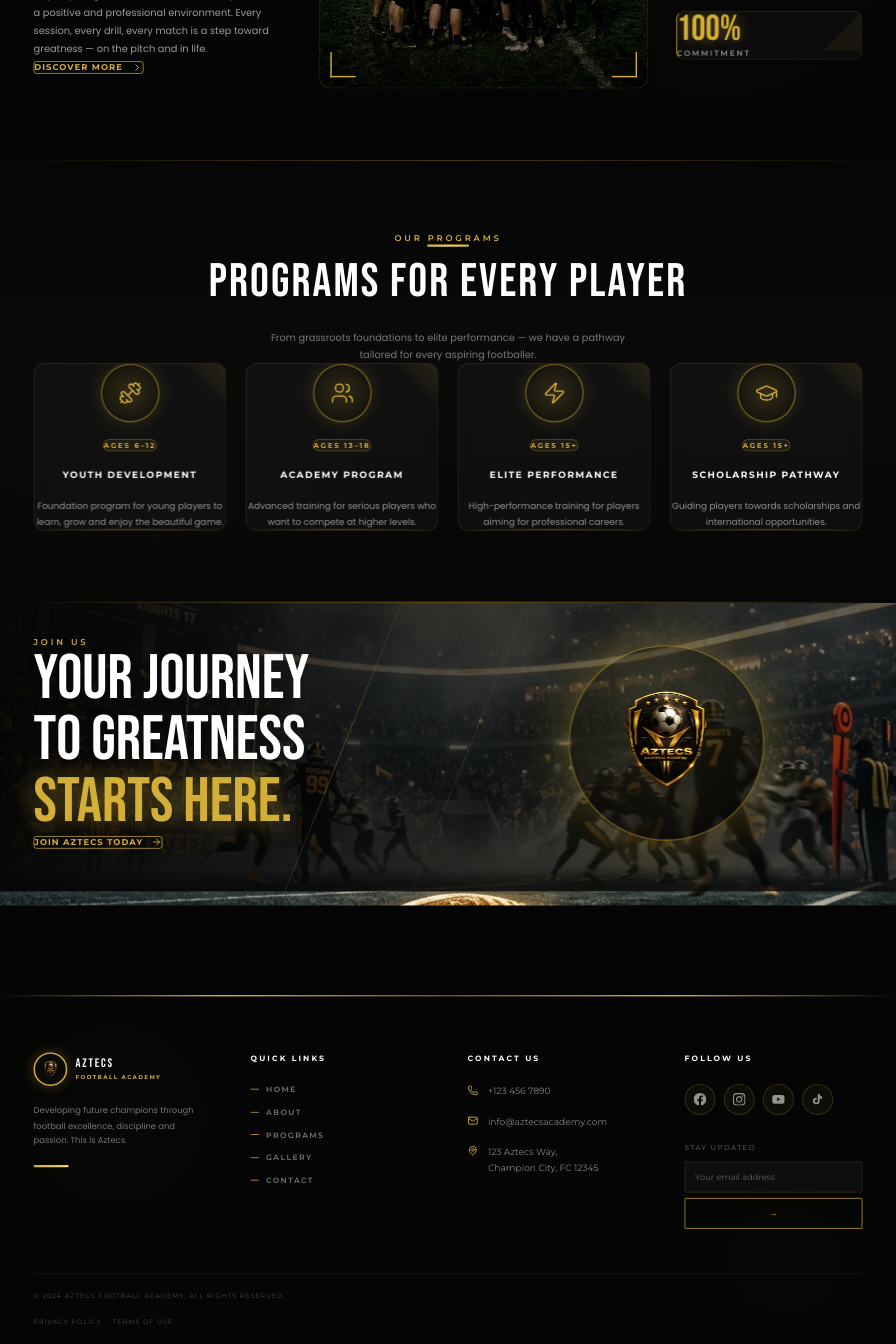
Repository: rahilkk2/aztecs-football
Page: /
An editor plug-in stored every save of this project. The page is shown before and after the next save, followed by the edit.
The browser window is 1280 px wide. The pictures show the part of the page from y = 1618 to 3538 px (the page is 3538 px tall before and 3512 px after), at 70% of full size.
The project was rebuilt for these pictures with package versions that can differ from the ones it lists, and the page was loaded fresh each time. Also part of the build but not shown: vite.config.js.

Above is the page before, as saved 2026-05-20 00:30:24.

### index.html
<!doctype html>
<html lang="en">
  <head>
    <meta charset="UTF-8" />
    <link rel="icon" type="image/png" href="/logo.png" />
    <meta name="viewport" content="width=device-width, initial-scale=1.0" />
    <link rel="preconnect" href="https://fonts.googleapis.com" />
    <link rel="preconnect" href="https://fonts.gstatic.com" crossorigin />
    <link href="https://fonts.googleapis.com/css2?family=Bebas+Neue&family=Montserrat:ital,wght@0,300;0,400;0,500;0,600;0,700;0,800;0,900;1,400&family=Poppins:wght@300;400;500;600;700;800&display=swap" rel="stylesheet" />
    <meta name="description" content="Aztecs Football Academy — Building champions on and off the pitch. Elite training, player development, and a clear pathway to success for young football players." />
    <meta name="keywords" content="football academy, Aztecs, elite training, youth football, soccer academy, player development, scholarship pathway" />
    <meta property="og:title" content="Aztecs Football Academy — Building Champions" />
    <meta property="og:description" content="Elite football training with discipline, values and a pathway to success. Join Aztecs Football Academy today." />
    <meta property="og:type" content="website" />
    <meta name="theme-color" content="#d4af37" />
    <title>Aztecs Football Academy — Building Champions On & Off The Pitch</title>
  </head>
  <body>
    <div id="root"></div>
    <script type="module" src="/src/main.jsx"></script>
  </body>
</html>

### src/App.jsx
import Navbar from './components/Navbar';
import Hero from './components/Hero';
import Features from './components/Features';
import About from './components/About';
import Programs from './components/Programs';
import CallToAction from './components/CallToAction';
import Footer from './components/Footer';

// Reusable gold gradient divider between sections
const GoldDivider = () => (
  <div className="section-gold-divider" />
);

function App() {
  return (
    <div style={{ background: '#050505', minHeight: '100vh' }}>
      <Navbar />
      <Hero />
      <GoldDivider />
      <Features />
      <GoldDivider />
      <About />
      <GoldDivider />
      <Programs />
      <GoldDivider />
      <CallToAction />
      <Footer />
    </div>
  );
}

export default App;

### src/components/Navbar.jsx
import { useState, useEffect } from 'react';
import { Menu, X } from 'lucide-react';

const navLinks = ['Home', 'About', 'Programs', 'Academy', 'Gallery', 'Contact'];

export default function Navbar() {
  const [scrolled, setScrolled] = useState(false);
  const [menuOpen, setMenuOpen] = useState(false);

  useEffect(() => {
    const onScroll = () => setScrolled(window.scrollY > 60);
    window.addEventListener('scroll', onScroll);
    return () => window.removeEventListener('scroll', onScroll);
  }, []);

  const handleNavClick = (link) => {
    setMenuOpen(false);
    const target = document.getElementById(link.toLowerCase());
    if (target) target.scrollIntoView({ behavior: 'smooth' });
    else window.scrollTo({ top: 0, behavior: 'smooth' });
  };

  return (
    <nav
      className={`fixed top-0 left-0 right-0 z-50 transition-all duration-500 ${
        scrolled
          ? 'bg-black/96 backdrop-blur-lg border-b border-yellow-600/20 py-3 shadow-2xl'
          : 'bg-transparent backdrop-blur-sm py-5'
      }`}
    >
      <div className="page-container flex items-center justify-between">

        {/* ── Logo ── */}
        <div
          className="flex items-center gap-2 sm:gap-3 cursor-pointer shrink-0"
          onClick={() => window.scrollTo({ top: 0, behavior: 'smooth' })}
        >
          {/* Logo image – object-contain so the full shield shows */}
          <div
            className="w-9 sm:w-11 h-9 sm:h-11 rounded-full overflow-hidden border-2 border-yellow-500/60 flex items-center justify-center shrink-0"
            style={{ boxShadow: '0 0 14px rgba(212,175,55,0.3)', background: '#0a0a0a' }}
          >
            <img
              src="/logo.png"
              alt="Aztecs Logo"
              className="w-full h-full object-contain"
            />
          </div>
          <div className="leading-none hidden sm:block">
            <div
              className="text-white text-lg sm:text-xl tracking-[2px] sm:tracking-[3px] font-black"
              style={{ fontFamily: "'Bebas Neue', cursive" }}
            >
              AZTECS
            </div>
            <div className="text-yellow-500 text-[8px] sm:text-[9px] font-bold tracking-[2px] sm:tracking-[3px] uppercase mt-0.5">
              Football Academy
            </div>
          </div>
        </div>

        {/* ── Desktop Nav Links ── */}
        <ul className="hidden lg:flex items-center gap-9">
          {navLinks.map((link) => (
            <li key={link}>
              <button
                onClick={() => handleNavClick(link)}
                className="text-white/75 hover:text-yellow-400 text-[11px] font-semibold tracking-[2.5px] uppercase transition-all duration-300 relative group"
              >
                {link}
                <span className="absolute -bottom-1 left-0 w-0 h-[1.5px] bg-yellow-500 transition-all duration-300 group-hover:w-full" />
              </button>
            </li>
          ))}
        </ul>

        {/* ── CTA + Hamburger ── */}
        <div className="flex items-center gap-3 sm:gap-4 shrink-0">
          <button
            onClick={() => handleNavClick('Contact')}
            className="btn-gold hidden sm:block px-4 sm:px-6 py-2 sm:py-2.5 text-[9px] sm:text-[11px] rounded-sm tracking-widest"
          >
            JOIN NOW
          </button>
          <button
            className="lg:hidden text-white hover:text-yellow-400 transition-colors p-2"
            onClick={() => setMenuOpen(!menuOpen)}
            aria-label="Toggle menu"
          >
            {menuOpen ? <X size={24} /> : <Menu size={24} />}
          </button>
        </div>
      </div>

      {/* ── Mobile Menu ── */}
      <div
        className={`lg:hidden transition-all duration-500 overflow-hidden ${
          menuOpen ? 'max-h-[500px] opacity-100' : 'max-h-0 opacity-0'
        }`}
      >
        <div className="bg-black/98 border-t border-yellow-600/20 px-4 sm:px-6 py-5 flex flex-col gap-4">
          {navLinks.map((link) => (
            <button
              key={link}
              onClick={() => handleNavClick(link)}
              className="text-white/70 hover:text-yellow-400 text-sm font-semibold tracking-[2px] uppercase text-left transition-colors py-2 border-b border-white/5 pb-3"
            >
              {link}
            </button>
          ))}
          <button
            onClick={() => handleNavClick('Contact')}
            className="btn-gold px-4 py-3 text-xs rounded-sm mt-2 w-full sm:w-fit tracking-widest"
          >
            JOIN NOW
          </button>
        </div>
      </div>
    </nav>
  );
}

### src/components/Footer.jsx
import { motion } from 'framer-motion';
import { Phone, Mail, MapPin } from 'lucide-react';

const quickLinks = ['Home', 'About', 'Programs', 'Gallery', 'Contact'];

const FacebookIcon = () => (
  <svg width="18" height="18" viewBox="0 0 24 24" fill="currentColor">
    <path d="M24 12.073c0-6.627-5.373-12-12-12s-12 5.373-12 12c0 5.99 4.388 10.954 10.125 11.854v-8.385H7.078v-3.47h3.047V9.43c0-3.007 1.792-4.669 4.533-4.669 1.312 0 2.686.235 2.686.235v2.953H15.83c-1.491 0-1.956.925-1.956 1.874v2.25h3.328l-.532 3.47h-2.796v8.385C19.612 23.027 24 18.062 24 12.073z" />
  </svg>
);

const InstagramIcon = () => (
  <svg width="18" height="18" viewBox="0 0 24 24" fill="currentColor">
    <path d="M12 2.163c3.204 0 3.584.012 4.85.07 3.252.148 4.771 1.691 4.919 4.919.058 1.265.069 1.645.069 4.849 0 3.205-.012 3.584-.069 4.849-.149 3.225-1.664 4.771-4.919 4.919-1.266.058-1.644.07-4.85.07-3.204 0-3.584-.012-4.849-.07-3.26-.149-4.771-1.699-4.919-4.92-.058-1.265-.07-1.644-.07-4.849 0-3.204.013-3.583.07-4.849.149-3.227 1.664-4.771 4.919-4.919 1.266-.057 1.645-.069 4.849-.069zm0-2.163c-3.259 0-3.667.014-4.947.072-4.358.2-6.78 2.618-6.98 6.98-.059 1.281-.073 1.689-.073 4.948 0 3.259.014 3.668.072 4.948.2 4.358 2.618 6.78 6.98 6.98 1.281.058 1.689.072 4.948.072 3.259 0 3.668-.014 4.948-.072 4.354-.2 6.782-2.618 6.979-6.98.059-1.28.073-1.689.073-4.948 0-3.259-.014-3.667-.072-4.947-.196-4.354-2.617-6.78-6.979-6.98-1.281-.059-1.69-.073-4.949-.073zm0 5.838c-3.403 0-6.162 2.759-6.162 6.162s2.759 6.163 6.162 6.163 6.162-2.759 6.162-6.163c0-3.403-2.759-6.162-6.162-6.162zm0 10.162c-2.209 0-4-1.79-4-4 0-2.209 1.791-4 4-4s4 1.791 4 4c0 2.21-1.791 4-4 4zm6.406-11.845c-.796 0-1.441.645-1.441 1.44s.645 1.44 1.441 1.44c.795 0 1.439-.645 1.439-1.44s-.644-1.44-1.439-1.44z" />
  </svg>
);

const YoutubeIcon = () => (
  <svg width="18" height="18" viewBox="0 0 24 24" fill="currentColor">
    <path d="M23.495 6.205a3.007 3.007 0 0 0-2.088-2.088c-1.87-.501-9.396-.501-9.396-.501s-7.507-.01-9.396.501A3.007 3.007 0 0 0 .527 6.205a31.247 31.247 0 0 0-.522 5.805 31.247 31.247 0 0 0 .522 5.783 3.007 3.007 0 0 0 2.088 2.088c1.868.502 9.396.502 9.396.502s7.506 0 9.396-.502a3.007 3.007 0 0 0 2.088-2.088 31.247 31.247 0 0 0 .5-5.783 31.247 31.247 0 0 0-.5-5.805zM9.609 15.601V8.408l6.264 3.602z" />
  </svg>
);

const TikTokIcon = () => (
  <svg width="18" height="18" viewBox="0 0 24 24" fill="currentColor">
    <path d="M19.59 6.69a4.83 4.83 0 0 1-3.77-4.25V2h-3.45v13.67a2.89 2.89 0 0 1-2.88 2.5 2.89 2.89 0 0 1-2.89-2.89 2.89 2.89 0 0 1 2.89-2.89c.28 0 .54.04.79.1V9.01a6.34 6.34 0 0 0-.79-.05 6.34 6.34 0 0 0-6.34 6.34 6.34 6.34 0 0 0 6.34 6.34 6.34 6.34 0 0 0 6.33-6.34V9.83a8.18 8.18 0 0 0 4.78 1.52V7.91a4.85 4.85 0 0 1-1.01-.22z" />
  </svg>
);

const socialLinks = [
  { icon: FacebookIcon, label: 'Facebook', href: '#' },
  { icon: InstagramIcon, label: 'Instagram', href: '#' },
  { icon: YoutubeIcon, label: 'YouTube', href: '#' },
  { icon: TikTokIcon, label: 'TikTok', href: '#' },
];

export default function Footer() {
  const handleNavClick = (link) => {
    const target = document.getElementById(link.toLowerCase());
    if (target) target.scrollIntoView({ behavior: 'smooth' });
    else window.scrollTo({ top: 0, behavior: 'smooth' });
  };

  return (
    <footer
      id="contact"
      style={{
        background: '#050505',
        marginTop: '8rem',
        position: 'relative',
        overflow: 'hidden',
      }}
    >
      {/* ── Top gold gradient line ── */}
      <div
        style={{
          height: '2px',
          background: 'linear-gradient(to right, transparent, #d4af37, rgba(212,175,55,0.5), #d4af37, transparent)',
        }}
      />

      {/* ── Subtle BG glows ── */}
      <div style={{ position: 'absolute', inset: 0, pointerEvents: 'none' }}>
        <div className="spotlight" style={{ width: '500px', height: '500px', top: '-80px', left: '-80px', opacity: 0.05 }} />
        <div className="spotlight" style={{ width: '400px', height: '400px', bottom: '-80px', right: '-40px', opacity: 0.04 }} />
      </div>

      {/* ── Main grid ── */}
      <div className="page-container">
        <div className="footer-grid">

          {/* Brand */}
          <div>
            <div
              style={{ display: 'flex', alignItems: 'center', gap: '12px', marginBottom: '1.5rem', cursor: 'pointer' }}
              onClick={() => window.scrollTo({ top: 0, behavior: 'smooth' })}
            >
              <div
                style={{
                  width: '48px', height: '48px',
                  borderRadius: '50%', overflow: 'hidden',
                  border: '2px solid #d4af37',
                  boxShadow: '0 0 18px rgba(212,175,55,0.3)',
                  background: '#0a0a0a',
                  flexShrink: 0,
                  display: 'flex', alignItems: 'center', justifyContent: 'center',
                }}
              >
                <img src="/logo.png" alt="Aztecs Logo" style={{ width: '100%', height: '100%', objectFit: 'contain' }} />
              </div>
              <div>
                <div style={{ fontFamily: "'Bebas Neue', cursive", letterSpacing: '2.5px', color: '#fff', fontSize: '1.1rem', lineHeight: 1 }}>
                  AZTECS
                </div>
                <div style={{ color: '#d4af37', fontSize: '8px', fontWeight: 700, letterSpacing: '2px', textTransform: 'uppercase', marginTop: '4px' }}>
                  Football Academy
                </div>
              </div>
            </div>

            <p style={{ fontFamily: "'Poppins', sans-serif", fontSize: '0.75rem', color: 'rgba(255,255,255,0.45)', lineHeight: '1.8', maxWidth: '260px' }}>
              Developing future champions through football excellence, discipline and passion. This is Aztecs.
            </p>

            {/* Gold accent bar */}
            <div style={{ width: '50px', height: '3px', background: 'linear-gradient(to right, #d4af37, #f0d060)', borderRadius: '2px', marginTop: '1.5rem' }} />
          </div>

          {/* Quick Links */}
          <div>
            <h4 style={{ fontFamily: "'Montserrat', sans-serif", fontSize: '11px', fontWeight: 700, letterSpacing: '3px', textTransform: 'uppercase', color: '#fff', marginBottom: '1.75rem' }}>
              Quick Links
            </h4>
            <ul style={{ display: 'flex', flexDirection: 'column', gap: '1rem', listStyle: 'none' }}>
              {quickLinks.map((link) => (
                <li key={link}>
                  <button
                    onClick={() => handleNavClick(link)}
                    style={{
                      fontFamily: "'Montserrat', sans-serif",
                      fontSize: '11px',
                      fontWeight: 600,
                      letterSpacing: '2px',
                      textTransform: 'uppercase',
                      color: 'rgba(255,255,255,0.45)',
                      background: 'none',
                      border: 'none',
                      cursor: 'pointer',
                      padding: 0,
                      transition: 'color 0.3s',
                      display: 'flex',
                      alignItems: 'center',
                      gap: '10px',
                    }}
                    onMouseEnter={e => e.currentTarget.style.color = '#d4af37'}
                    onMouseLeave={e => e.currentTarget.style.color = 'rgba(255,255,255,0.45)'}
                  >
                    <span style={{ width: '12px', height: '1px', background: '#d4af37', display: 'inline-block', flexShrink: 0 }} />
                    {link}
                  </button>
                </li>
              ))}
            </ul>
          </div>

          {/* Contact */}
          <div>
            <h4 style={{ fontFamily: "'Montserrat', sans-serif", fontSize: '11px', fontWeight: 700, letterSpacing: '3px', textTransform: 'uppercase', color: '#fff', marginBottom: '1.75rem' }}>
              Contact Us
            </h4>
            <ul style={{ display: 'flex', flexDirection: 'column', gap: '1.4rem', listStyle: 'none' }}>
              <li style={{ display: 'flex', alignItems: 'flex-start', gap: '14px' }}>
                <Phone size={15} style={{ color: '#d4af37', marginTop: '2px', flexShrink: 0 }} />
                <span style={{ fontSize: '13px', color: 'rgba(255,255,255,0.5)', lineHeight: '1.6' }}>+123 456 7890</span>
              </li>
              <li style={{ display: 'flex', alignItems: 'flex-start', gap: '14px' }}>
                <Mail size={15} style={{ color: '#d4af37', marginTop: '2px', flexShrink: 0 }} />
                <span style={{ fontSize: '13px', color: 'rgba(255,255,255,0.5)', lineHeight: '1.6' }}>info@aztecsacademy.com</span>
              </li>
              <li style={{ display: 'flex', alignItems: 'flex-start', gap: '14px' }}>
                <MapPin size={15} style={{ color: '#d4af37', marginTop: '2px', flexShrink: 0 }} />
                <span style={{ fontSize: '13px', color: 'rgba(255,255,255,0.5)', lineHeight: '1.7' }}>
                  123 Aztecs Way,<br />Champion City, FC 12345
                </span>
              </li>
            </ul>
          </div>

          {/* Social + Newsletter */}
          <div>
            <h4 style={{ fontFamily: "'Montserrat', sans-serif", fontSize: '11px', fontWeight: 700, letterSpacing: '3px', textTransform: 'uppercase', color: '#fff', marginBottom: '1.75rem' }}>
              Follow Us
            </h4>

            <div style={{ display: 'flex', gap: '12px', flexWrap: 'wrap', marginBottom: '2.5rem' }}>
              {socialLinks.map(({ icon: Icon, label, href }) => (
                <motion.a
                  key={label}
                  href={href}
                  aria-label={label}
                  style={{
                    width: '44px', height: '44px',
                    borderRadius: '50%',
                    display: 'flex', alignItems: 'center', justifyContent: 'center',
                    color: 'rgba(255,255,255,0.55)',
                    border: '1px solid rgba(212,175,55,0.28)',
                    background: 'rgba(212,175,55,0.05)',
                    textDecoration: 'none',
                    transition: 'all 0.3s',
                  }}
                  whileHover={{
                    scale: 1.12,
                    borderColor: '#d4af37',
                    boxShadow: '0 0 18px rgba(212,175,55,0.28)',
                    color: '#d4af37',
                  }}
                >
                  <Icon />
                </motion.a>
              ))}
            </div>

            {/* Newsletter */}
            <div>
              <p style={{ fontSize: '10px', color: 'rgba(255,255,255,0.4)', letterSpacing: '2px', textTransform: 'uppercase', marginBottom: '12px' }}>
                Stay Updated
              </p>
              <div style={{ display: 'flex', gap: '8px', flexDirection: 'column', minWidth: '0' }}>
                <input
                  type="email"
                  placeholder="Your email address"
                  style={{
                    flex: 1,
                    background: 'rgba(255,255,255,0.04)',
                    border: '1px solid rgba(212,175,55,0.2)',
                    borderRadius: '2px',
                    padding: '10px 14px',
                    fontSize: '12px',
                    color: 'rgba(255,255,255,0.65)',
                    outline: 'none',
                    minHeight: '44px',
                    width: '100%',
                  }}
                  onFocus={e => e.target.style.borderColor = 'rgba(212,175,55,0.5)'}
                  onBlur={e => e.target.style.borderColor = 'rgba(212,175,55,0.2)'}
                />
                <button className="btn-gold" style={{ padding: '10px 16px', fontSize: '13px', borderRadius: '2px', minHeight: '44px' }}>→</button>
              </div>
            </div>
          </div>
        </div>

        {/* ── Bottom bar ── */}
        <div
          style={{
            borderTop: '1px solid rgba(212,175,55,0.12)',
            paddingTop: '1.5rem',
            paddingBottom: '1.5rem',
            display: 'flex',
            flexDirection: 'column',
            alignItems: 'flex-start',
            justifyContent: 'space-between',
            gap: '1.5rem',
            flexWrap: 'wrap',
          }}
        >
          <p style={{ fontSize: '9px', letterSpacing: '1.5px', textTransform: 'uppercase', color: 'rgba(255,255,255,0.28)' }}>
            © 2024 Aztecs Football Academy. All Rights Reserved.
          </p>
          <div style={{ display: 'flex', gap: '16px', flexWrap: 'wrap' }}>
            {['Privacy Policy', 'Terms of Use'].map((item) => (
              <button
                key={item}
                style={{
                  fontSize: '9px', letterSpacing: '1.5px',
                  textTransform: 'uppercase', color: 'rgba(255,255,255,0.28)',
                  background: 'none', border: 'none', cursor: 'pointer',
                  transition: 'color 0.3s',
                }}
                onMouseEnter={e => e.currentTarget.style.color = '#d4af37'}
                onMouseLeave={e => e.currentTarget.style.color = 'rgba(255,255,255,0.28)'}
              >
                {item}
              </button>
            ))}
          </div>
        </div>
      </div>
    </footer>
  );
}

Loaded but not shown: src/main.jsx (common file); src/components/Hero.jsx (270 lines, source omitted); src/components/About.jsx (191 lines, source omitted); src/index.css (299 lines, source omitted); src/components/Programs.jsx (217 lines, source omitted); src/components/CallToAction.jsx (144 lines, source omitted); src/components/Features.jsx (139 lines, source omitted)

After the next save:
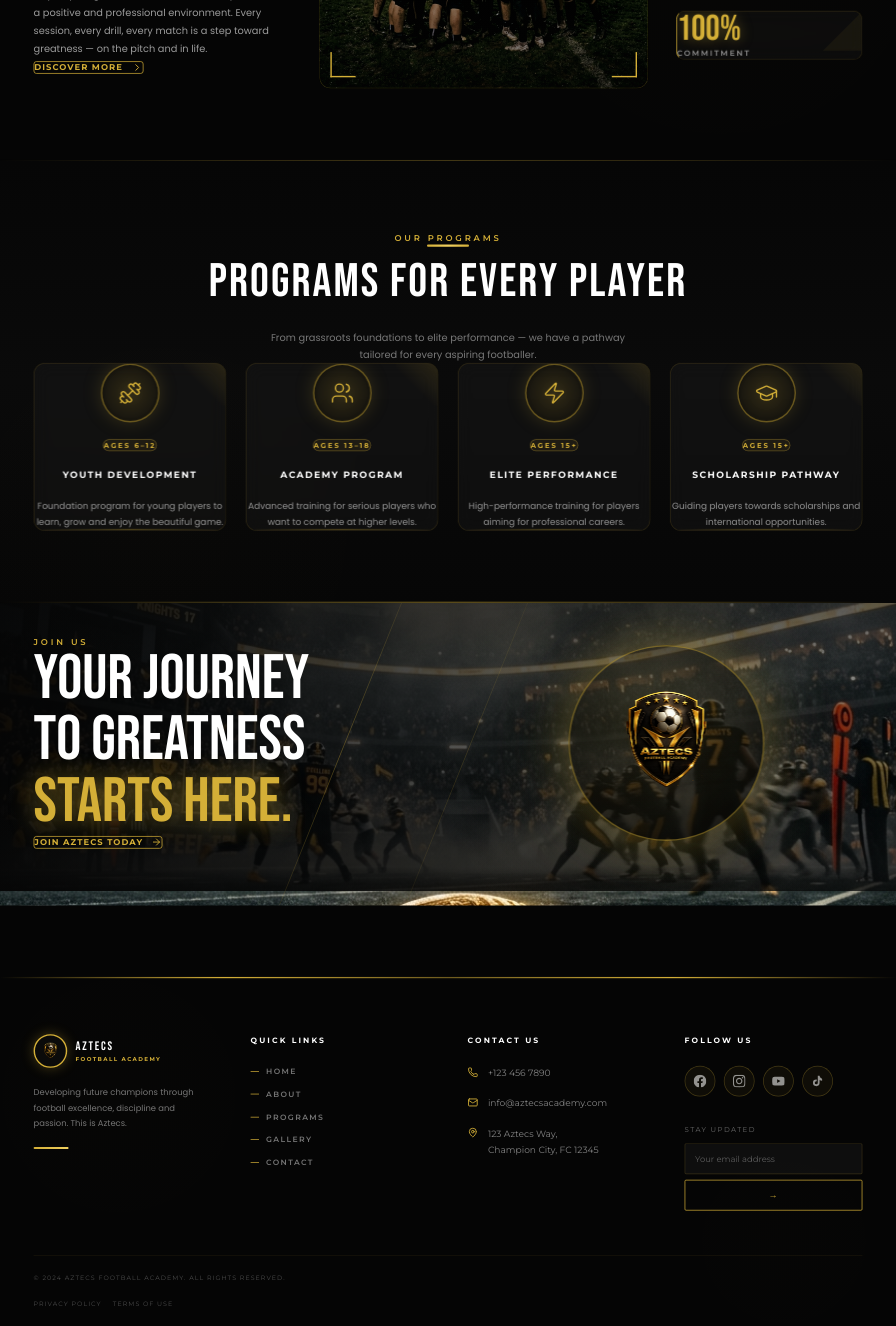
Saved 3 s later.
--- a/src/components/Footer.jsx
+++ b/src/components/Footer.jsx
@@ -46,7 +46,7 @@ export default function Footer() {
       id="contact"
       style={{
         background: '#050505',
-        marginTop: '8rem',
+        marginTop: 'clamp(4rem, 8vw, 8rem)',
         position: 'relative',
         overflow: 'hidden',
       }}
